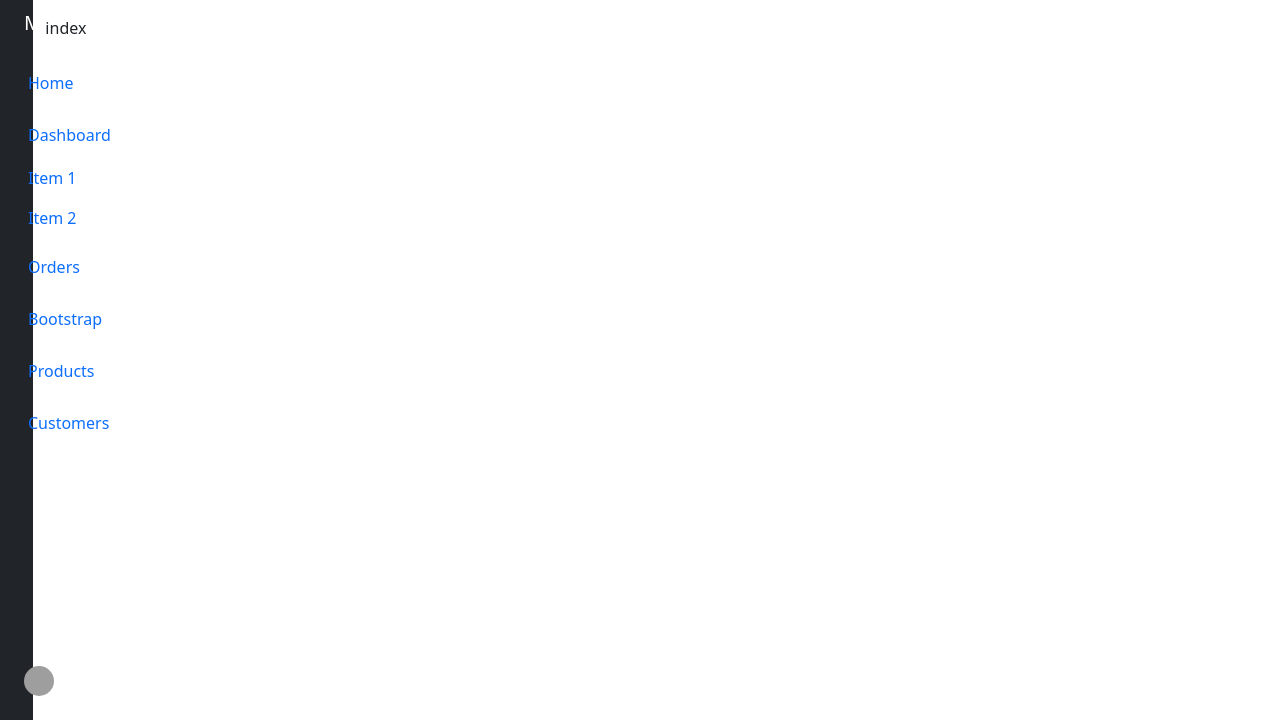
Repository: HadelAbdellatif/ReactApp3
Page: /user/index
The author's editor kept a copy of each file at every save. The page is drawn from the files as they stood at one save, then again after a run of saves.
The browser window is 1280 px wide. The pictures show the whole page.
Pictures or frames that could not be fetched are drawn as grey boxes. The page's requests for data from a server got no answer. The project was rebuilt for these pictures with package versions that can differ from the ones it lists, and the page was loaded fresh each time. No one was signed in, and anything a server would have sent is missing. Also part of the build but not shown: vite.config.js, src/components/users/Create.jsx.

Above is the page before, as saved 2023-11-04 20:05:29.

### src/main.jsx
import React from 'react'
import ReactDOM from 'react-dom/client'
import { BrowserRouter } from 'react-router-dom'
import '../node_modules/bootstrap/dist/css/bootstrap.min.css'
import '../node_modules/bootstrap/dist/js/bootstrap.bundle.min.js'

import App from './App.jsx'
import './index.css'

ReactDOM.createRoot(document.getElementById('root')).render(
  <BrowserRouter>
    <App />
  </BrowserRouter>
)

### src/App.jsx
import React from 'react'
import { Routes, Route} from 'react-router-dom'
import Index from './components/users/Index.jsx'
import Create from './components/users/Create.jsx'

export default function App() {
  return (
    <Routes>
      <Route path='/' />
      <Route path='/user/index' element={<Index />} />
      <Route path='/user/create' element={<Create />} />
    </Routes>
  )
}

### src/components/users/Index.jsx
import React, { useEffect, useState } from 'react'

export default function Index() {

    const [users, setUsers] = useState([]);

    const getUsers = async () => {

        const response = await fetch('https://crud-users-gold.vercel.app/users');
        const data = await response.json();
        console.log(data.users)

    }

    useEffect ( () => {
        getUsers();
    }, [])


    return (
        <div className="container-fluid">
            <div className="row flex-nowrap">
                <div className="col-auto col-md-3 col-xl-2 px-sm-2 px-0 bg-dark">
                    <div className="d-flex flex-column align-items-center align-items-sm-start px-3 pt-2 text-white min-vh-100">
                        <a href="/" className="d-flex align-items-center pb-3 mb-md-0 me-md-auto text-white text-decoration-none">
                            <span className="fs-5 d-none d-sm-inline">Menu</span>
                        </a>
                        <ul className="nav nav-pills flex-column mb-sm-auto mb-0 align-items-center align-items-sm-start" id="menu">
                            <li className="nav-item">
                                <a href="#" className="nav-link align-middle px-0">
                                    <i className="fs-4 bi-house" /> <span className="ms-1 d-none d-sm-inline">Home</span>
                                </a>
                            </li>
                            <li>
                                <a href="#submenu1" data-bs-toggle="collapse" className="nav-link px-0 align-middle">
                                    <i className="fs-4 bi-speedometer2" /> <span className="ms-1 d-none d-sm-inline">Dashboard</span> </a>
                                <ul className="collapse show nav flex-column ms-1" id="submenu1" data-bs-parent="#menu">
                                    <li className="w-100">
                                        <a href="#" className="nav-link px-0"> <span className="d-none d-sm-inline">Item</span> 1 </a>
                                    </li>
                                    <li>
                                        <a href="#" className="nav-link px-0"> <span className="d-none d-sm-inline">Item</span> 2 </a>
                                    </li>
                                </ul>
                            </li>
                            <li>
                                <a href="#" className="nav-link px-0 align-middle">
                                    <i className="fs-4 bi-table" /> <span className="ms-1 d-none d-sm-inline">Orders</span></a>
                            </li>
                            <li>
                                <a href="#submenu2" data-bs-toggle="collapse" className="nav-link px-0 align-middle ">
                                    <i className="fs-4 bi-bootstrap" /> <span className="ms-1 d-none d-sm-inline">Bootstrap</span></a>
                                <ul className="collapse nav flex-column ms-1" id="submenu2" data-bs-parent="#menu">
                                    <li className="w-100">
                                        <a href="#" className="nav-link px-0"> <span className="d-none d-sm-inline">Item</span> 1</a>
                                    </li>
                                    <li>
                                        <a href="#" className="nav-link px-0"> <span className="d-none d-sm-inline">Item</span> 2</a>
                                    </li>
                                </ul>
                            </li>
                            <li>
                                <a href="#submenu3" data-bs-toggle="collapse" className="nav-link px-0 align-middle">
                                    <i className="fs-4 bi-grid" /> <span className="ms-1 d-none d-sm-inline">Products</span> </a>
                                <ul className="collapse nav flex-column ms-1" id="submenu3" data-bs-parent="#menu">
                                    <li className="w-100">
                                        <a href="#" className="nav-link px-0"> <span className="d-none d-sm-inline">Product</span> 1</a>
                                    </li>
                                    <li>
                                        <a href="#" className="nav-link px-0"> <span className="d-none d-sm-inline">Product</span> 2</a>
                                    </li>
                                    <li>
                                        <a href="#" className="nav-link px-0"> <span className="d-none d-sm-inline">Product</span> 3</a>
                                    </li>
                                    <li>
                                        <a href="#" className="nav-link px-0"> <span className="d-none d-sm-inline">Product</span> 4</a>
                                    </li>
                                </ul>
                            </li>
                            <li>
                                <a href="#" className="nav-link px-0 align-middle">
                                    <i className="fs-4 bi-people" /> <span className="ms-1 d-none d-sm-inline">Customers</span> </a>
                            </li>
                        </ul>
                        <hr />
                        <div className="dropdown pb-4">
                            <a href="#" className="d-flex align-items-center text-white text-decoration-none dropdown-toggle" id="dropdownUser1" data-bs-toggle="dropdown" aria-expanded="false">
                                <img src="https://github.com/mdo.png" alt="hugenerd" width={30} height={30} className="rounded-circle" />
                                <span className="d-none d-sm-inline mx-1">loser</span>
                            </a>
                            <ul className="dropdown-menu dropdown-menu-dark text-small shadow">
                                <li><a className="dropdown-item" href="#">New project...</a></li>
                                <li><a className="dropdown-item" href="#">Settings</a></li>
                                <li><a className="dropdown-item" href="#">Profile</a></li>
                                <li>
                                    <hr className="dropdown-divider" />
                                </li>
                                <li><a className="dropdown-item" href="#">Sign out</a></li>
                            </ul>
                        </div>
                    </div>
                </div>
                <div className="col py-3">
                    index
                </div>
               </div>
        </div>

    )
}

Loaded but not shown: index.html (common file); src/index.css (common file)

After the next 2 saves:
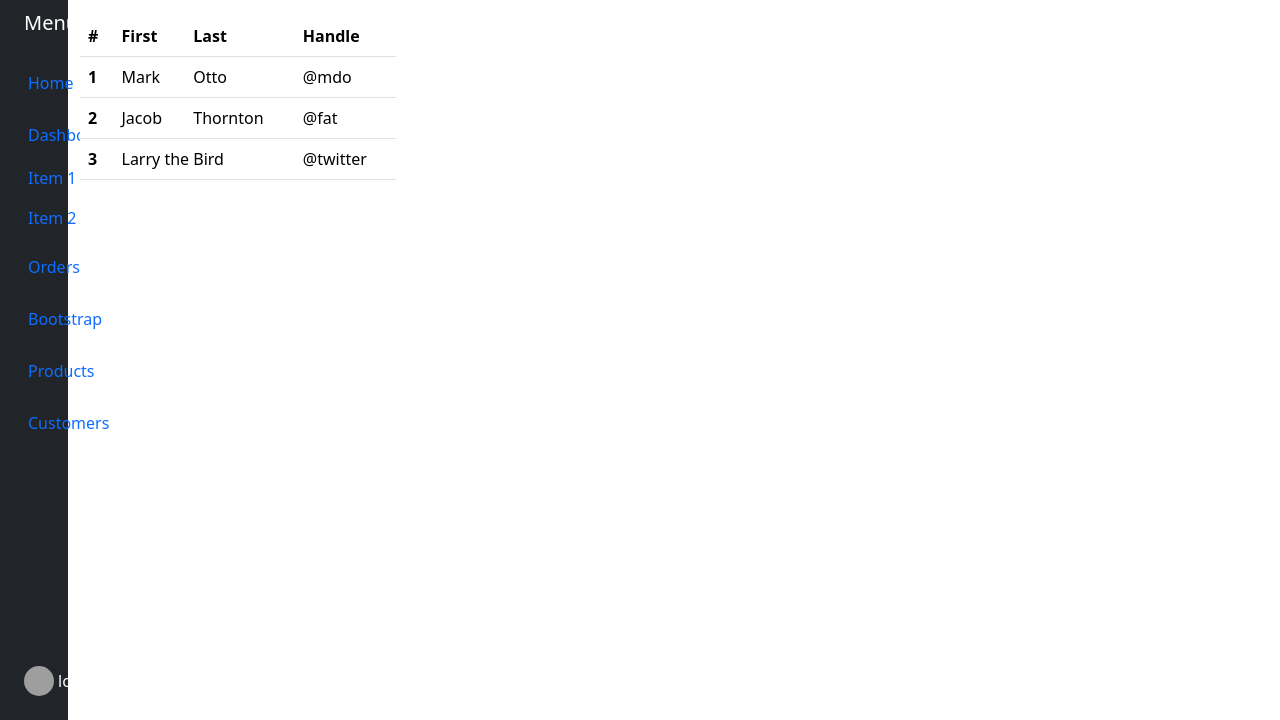
The 2 saves are shown as one change because they came seconds apart.
The last was saved 6 min 8 s later.
--- a/src/components/users/Index.jsx
+++ b/src/components/users/Index.jsx
@@ -12,7 +12,7 @@ export default function Index() {
 
     }
 
-    useEffect ( () => {
+    useEffect(() => {
         getUsers();
     }, [])
 
@@ -101,9 +101,37 @@ export default function Index() {
                     </div>
                 </div>
                 <div className="col py-3">
-                    index
+                    <table class="table">
+                        <thead>
+                            <tr>
+                                <th scope="col">#</th>
+                                <th scope="col">First</th>
+                                <th scope="col">Last</th>
+                                <th scope="col">Handle</th>
+                            </tr>
+                        </thead>
+                        <tbody>
+                            <tr>
+                                <th scope="row">1</th>
+                                <td>Mark</td>
+                                <td>Otto</td>
+                                <td>@mdo</td>
+                            </tr>
+                            <tr>
+                                <th scope="row">2</th>
+                                <td>Jacob</td>
+                                <td>Thornton</td>
+                                <td>@fat</td>
+                            </tr>
+                            <tr>
+                                <th scope="row">3</th>
+                                <td colspan="2">Larry the Bird</td>
+                                <td>@twitter</td>
+                            </tr>
+                        </tbody>
+                    </table>
                 </div>
-               </div>
+            </div>
         </div>
 
     )
